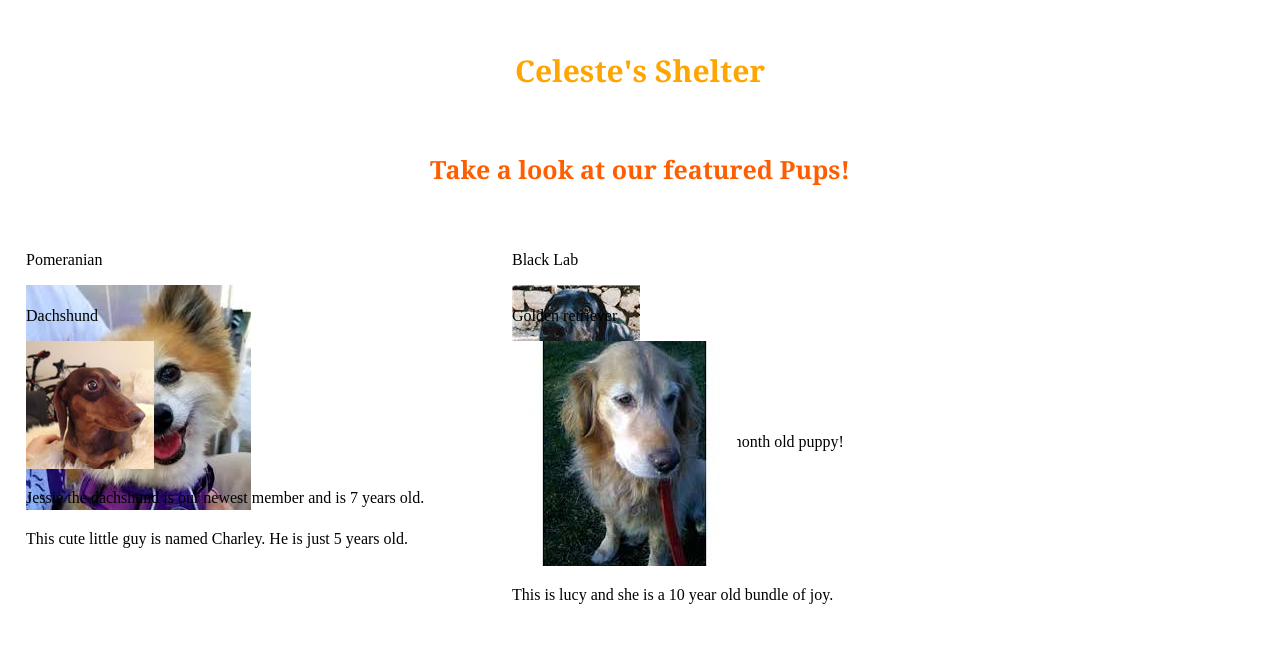
Repository: fieldceleste/animal-shelter
Page: animal-shelter.html
An editor plug-in stored every save of this project. The page is shown before and after the next save, followed by the edit.
The browser window is 1280 px wide. The pictures show the whole page.

Above is the page before, as saved 2019-10-30 18:56:25.

### animal-shelter.html
<!DOCTYPE html>
  <html>
   <head>
  <link href="css/styles.css" rel="stylesheet" type="text/css">
  <title>Celeste's Animal Shelter</title>
</head>
<body>
    <h1>Celeste's Shelter</h1>
<h2>Take a look at our featured Pups!</h2>

<div class="column">
<p>Pomeranian</p>
<p><img src="img/pom.jpeg" alt="picture of pom"/></p>
<p>This cute little guy is named Charley. He is just 5 years old.</p>
</div>

<div class="column">
<p>Black Lab</p>
<p><img src="img/lab.jpeg" alt="picture of lab."/></p>
<p>This is rover and he is a sweet 10 month old puppy!</p>
</div>

<div class="column">
<p>Dachshund</p>
<p><img src="img/dach.jpeg" alt="picture of dachshund"/></p>
<p>Jessie the dachshund is our newest member and is 7 years old.</p>
</div>

<div class="column">
<p>Golden retriever</p>
<p><img src="img/golden.jpeg" alt="picture of golden retriever"/></p>
<p>This is lucy and she is a 10 year old bundle of joy.</p>
</div>


</body>
</html>

### css/styles.css

h1{
    font-family: Georgia, 'Times New Roman', Times, serif;
    font-size: 30px;
    color: orange;
    padding: 30px;
    text-align: center;
}
h2{
    font-family: Georgia, 'Times New Roman', Times, serif;
    font-size: 25px;
    color: rgb(255, 94, 0);
    padding: 10px;
    text-align: center;
}
h4{
     color: rgb(67, 182, 67);
     font-size: 20px;
     text-align: left;

}

 .column{
    float:left;
    width:450px;
    height:20px;
    padding:8px;
    margin: 10px;

}

After the next save:
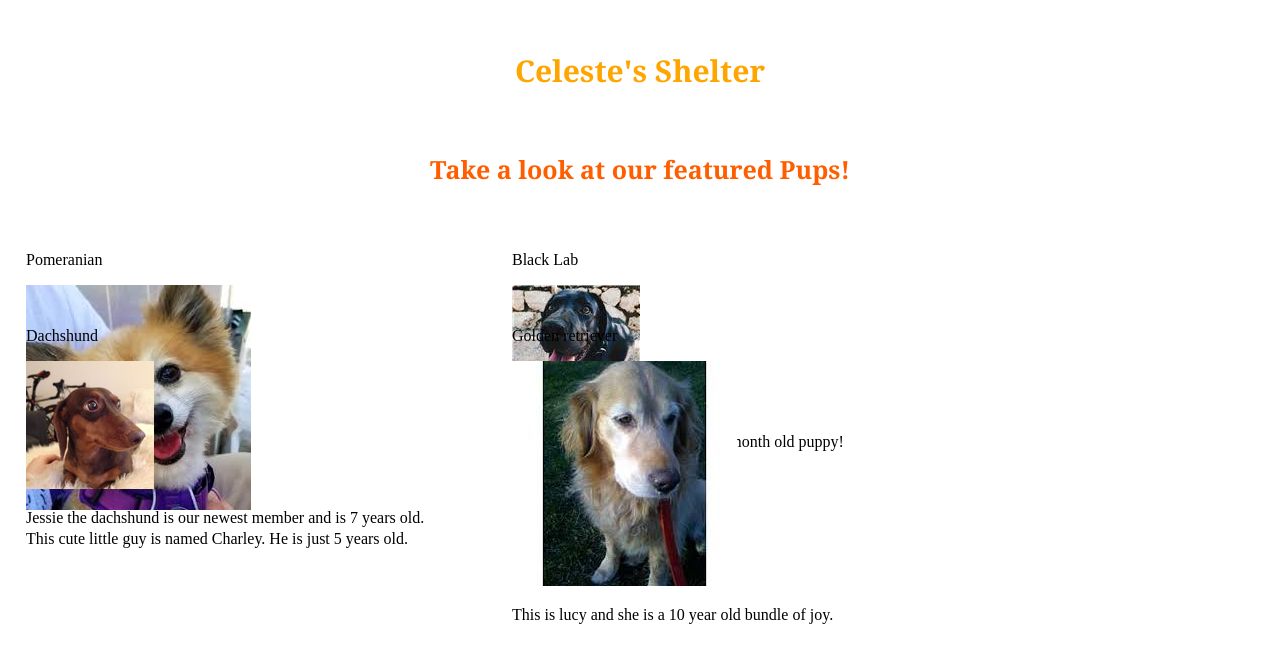
Saved 8 s later.
--- a/css/styles.css
+++ b/css/styles.css
@@ -23,7 +23,7 @@ h4{
  .column{
     float:left;
     width:450px;
-    height:20px;
+    height:40px;
     padding:8px;
     margin: 10px;
 
